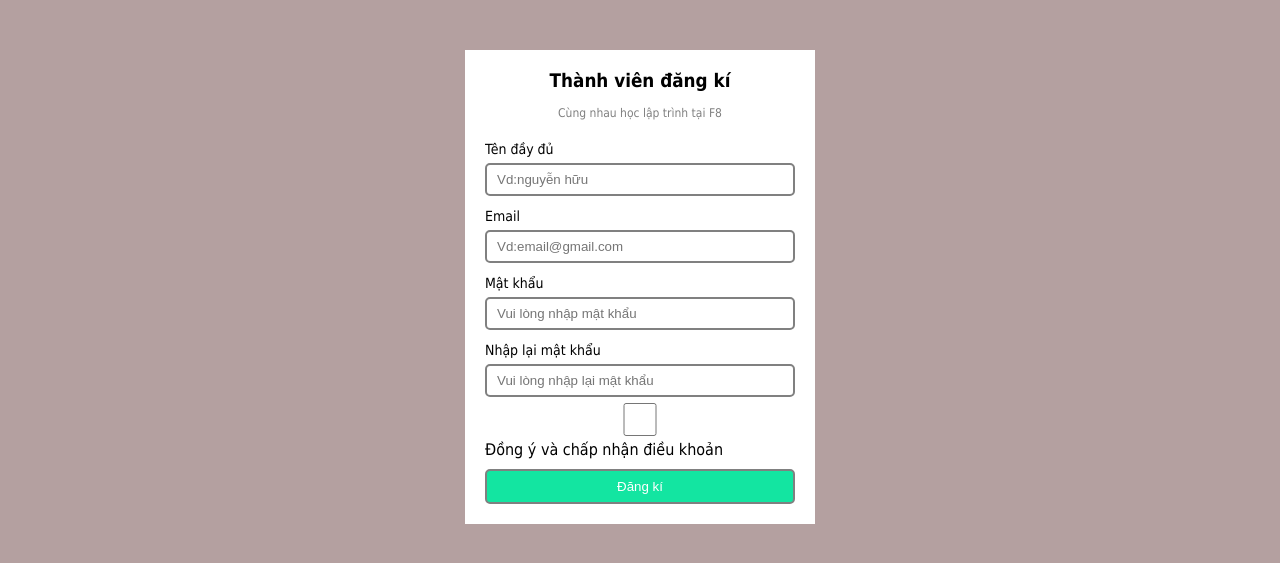
Repository: HuunvDev/Validator
Page: index.html
The author's editor kept a copy of each file at every save. The page is drawn from the files as they stood at one save, then again after the next save.
The browser window is 1280 px wide. The pictures show the whole page.
Some web libraries are served in a nearby version.

Above is the page before, as saved 2022-08-20 16:15:38.

### index.html
<!DOCTYPE html>
<html lang="en">
<head>
    <meta charset="UTF-8">
    <meta http-equiv="X-UA-Compatible" content="IE=edge">
    <meta name="viewport" content="width=device-width, initial-scale=1.0">
    <title>validator</title>
    <link rel="stylesheet" href="style.css">
    <link rel="stylesheet" href="https://use.fontawesome.com/releases/v5.1.1/css/all.css" integrity="sha384-O8whS3fhG2OnA5Kas0Y9l3cfpmYjapjI0E4theH4iuMD+pLhbf6JI0jIMfYcK3yZ" crossorigin="anonymous">
</head>
<body>
    <div class="main">
        <form action="" method="POST" class="form" id="form-1">
            <h3 class="heading">Thành viên đăng kí</h3>
            <p class="desc">Cùng nhau học lập trình tại F8</p>
            <div class="pacer"></div>
            <div class="form-group">
                <label for="fullName" class="form-lable">Tên đầy đủ</label><br>
                <input type="text" id="fullName" name="fullName" placeholder="Vd:nguyễn hữu"><br>
                <!-- <i class="fas fa-exclamation-triangle warning"></i> -->
                <span class="form-message">
                </span>
            </div>
            <div class="form-group">
                <label for="email" class="form-lable">Email</label><br>
                <input type="text" id="email" name="email" placeholder="Vd:email@gmail.com"><br>
                <span class="form-message"></span>
            </div>
            <div class="form-group">
                <label for="password" class="form-lable">Mật khẩu</label><br>
                <input type="password" id="password" name="password" placeholder="Vui lòng nhập mật khẩu"><br>
                <span class="form-message"></span>
            </div>
            <div class="form-group">
                <label for="password_confirmation" class="form-lable">Nhập lại mật khẩu</label><br>
                <input type="password" id="password_confirmation" name="password_confirmation" placeholder="Vui lòng nhập lại mật khẩu"><br>
                <span class="form-message"></span>
            </div>
                <input type="checkbox" name ="condition" id ="condition">
                <span class="agree">Đồng ý và chấp nhận điều khoản</span>

           <button class="form-submit" type="submit">Đăng kí</button>
        </form>
    </div>
    <script src="Validator.js"></script>
    <script>
        //mong muốn nhận được
        validator({
            form: '#form-1',
            formGroupSelector:'.form-group',
            errorSelector:'.form-message',
            rules: [
                validator.isRequired('#fullName','Vui lòng nhập tên đầy đủ'),
                //validator.isRequired('#email'),
                validator.isEmail('#email'),
                validator.minLength('#password',6),
                validator.isRequired('#password_confirmation'),
                validator.isConfirmed('#password_confirmation', function(){
                    return document.querySelector('#form-1 #password').value;
                },'Giá trị nhập vào không chính xác'),
            ],
            onSubmit : function(data){
                console.log(data);
            }
        })
    </script>
</body>
</html>

### style.css

*{
    margin:0;
    padding:0;
    overflow: hidden;
    box-sizing: border-box;
}
body{
    background-color:rgb(180, 160, 160);
}
.main {
    width: 350px;
    box-shadow: 0 0 0 rgb(0 0 0 / 10%);
    margin: auto;
    margin-top: 50px;
    padding: 20px;
    background-color: #fff;
    font-family: tahoma;
}
h3.heading {
    text-align: center;
}
p.desc {
    text-align: center;
    font-size: 12px;
    color: grey;
    padding: 15px 0;
}
.form-group {
    padding: 6px 0;
}

label.form-lable {
    font-size: 14px;
    margin-bottom: -13px;
    display: block;
}
input {
    width:100%;
    height: 33px;
    outline: none;
    border:2px solid grey;
    padding: 0 10px;
    border-radius:5px;
}
input:hover{
    border-color: rgb(23 220 220);
}
button{
    padding:8px 0;
    width:100%;
    background-color: rgb(19 229 161);
    margin-top:10px;
    border-radius:5px;
    color:#fff;
    border:2px solid grey;
}
span.form-message {
    font-size: 12px;
}
.invalid input{
    border-color:red;
}
.invalid span.form-message{
    color:red;
}
.warning{
    font-size:11px;
    color:red;
}
/* input#condition {
    width: 11px;
}

span.agree {
    font-size: 13px;
    color: grey;
    position: absolute;
    transform: translateY(8px);
    padding: 0 5px;
} */

### Validator.js
//constractor function
function validator(options){

    function getParent (element,selector){
        while(element.parentElement){
            if(element.parentElement.matches(selector)){
                return element.parentElement;
            }
            element = element.parentElement;
        }
    }
    var selectorRules ={};
//hàm thực hiên validate
    function validate(inputElement,rules){
        var errorElement = getParent(inputElement, options.formGroupSelector).querySelector(options.errorSelector);
        var errorMessage;
        //lấy ra các rules của selector
        var rules = selectorRules[rules.selector];
        //lặp qua từng rules và check
        //nếu có lỗi dừng việc kiểm tra
        for (var i = 0; i < rules.length;i++){
            errorMessage= rules[i](inputElement.value);
            if(errorMessage) break;
        }
                //lấy value của ô input:inputElement.value;
                //test function : rules.test;
               // var errorMessage = rules.test(inputElement.value);
                //lấy ra thẻ cha của nó từ thẻ con:inputElement.parentElement,
                //lấy ra  đúng phần tử con của thẻ to mà mình muốn lấy:
                //inputElement.parentElement.querySelector('form-message');
                if(errorMessage){
                 //errorElement.innerText = errorMessage;
                 errorElement.innerHTML = `<i class="fas fa-exclamation-triangle warning"></i> ${errorMessage}`;
                 getParent(inputElement, options.formGroupSelector).classList.add('invalid');
                }else{
                 errorElement.innerText = " ";
                 getParent(inputElement, options.formGroupSelector).classList.remove('invalid');
                }

                return !errorMessage;
    }
    //lấy element của form cần validate
    var formElement = document.querySelector(options.form);

    if(formElement){
        //loại bỏ hành vi mặc định của submit
        formElement.onsubmit = function(e){
            e.preventDefault();

            var isFormValid = true;
            //thực hiện lặp qua từng rules và validate
            options.rules.forEach( function (rules){
                var inputElement = formElement.querySelector(rules.selector);
                 var isValid = validate(inputElement,rules);
                 if(!isValid){
                    isFormValid =  false;
                 }
            });

            if(isFormValid){
                //trường hợp submit với js
             if( typeof options.onSubmit ==='function'){
                var enableInputs = formElement.querySelectorAll('[name]:not([disabled])');//lấy ra tất cả các phần tử có attribute là name và ko lấy các phần tử  bị disabled( có nghĩa là bị ẩn đi ko cho người dùng tương tác);
                var formValues = Array.from(enableInputs).reduce(function(values,input){
                    values[input.name] = input.value;
                    return  values;
                },{});
                options.onSubmit(formValues);
             }//trường hợp submit mặc định của trình duyệt
             else{
                formElement.submit();
             }
            }
        }
        //lặp qua mỗi rules và lắng nghe sự kiện
       options.rules.forEach( function (rules){
        //lưu lại các rules cho mỗi input
        if(Array.isArray( selectorRules[rules.selector])){
            selectorRules[rules.selector].push( rules.test);
        }else{
            selectorRules[rules.selector] = [rules.test];
        }

        var inputElement = formElement.querySelector(rules.selector);
        if(inputElement){
            //xử lí trường hợp blur khỏi thẻ input
            inputElement.onblur = function(){
               validate(inputElement,rules);
            }

            // xử lí khi người dùng nhập dữ liệu
            inputElement.oninput = function(){
                var errorElement = inputElement.parentElement.querySelector(options.errorSelector);
                errorElement.innerText = " ";
                getParent(inputElement, options.formGroupSelector).remove('invalid');
            }
        }
       });
    }
}
//định nghĩa các rules
//nguyên tắc của các rules:
//1.khi có lỗi thì trả ra message lỗi
//2.khi hợp lệ thì clear lỗi
validator.isRequired = function (selector,message){
    return {
        selector: selector,
        test: function (value){
            return value.trim() ? undefined : message || "Vui lòng nhập trường này";
        }
    }
}
validator.isEmail = function (selector,message){
    return {
        selector: selector,
        test: function (value){
            var regex = /^\w+([\.-]?\w+)*@\w+([\.-]?\w+)*(\.\w{2,3})+$/;
            return regex.test(value)? undefined : message ||"Trường này phải là email";
        }
    }
}

validator.minLength = function (selector,min,message){
    return {
        selector: selector,
        test: function (value){
            return value.length >= min ? undefined :message ||`Vui lòng nhập tối thiểu ${min} kí tự`;
        }
    }
}

validator.isConfirmed = function(selector,getConfirmValue,message){
    return {
        selector:selector,
        test : function(value){
            return value === getConfirmValue() ? undefined : message ||'Mật khẩu nhập lại không chính xác';
        }
    }
}

After the next save:
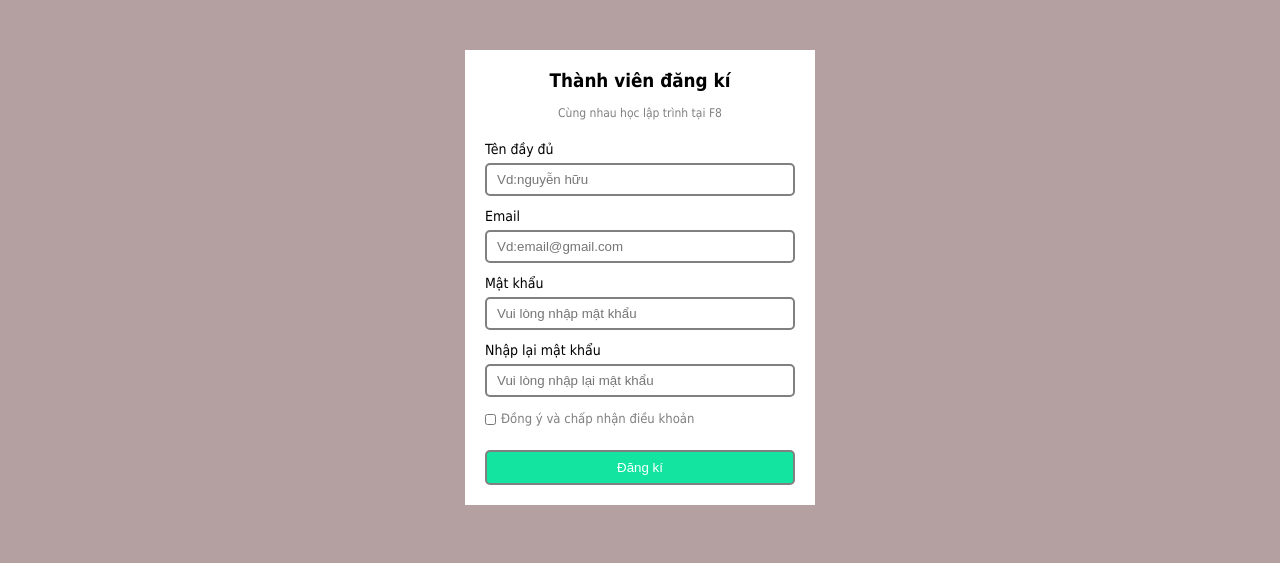
Saved 36 s later.
--- a/style.css
+++ b/style.css
@@ -68,7 +68,7 @@
     font-size:11px;
     color:red;
 }
-/* input#condition {
+input#condition {
     width: 11px;
 }
 
@@ -78,4 +78,4 @@
     position: absolute;
     transform: translateY(8px);
     padding: 0 5px;
-} */
+}

After the save that followed:
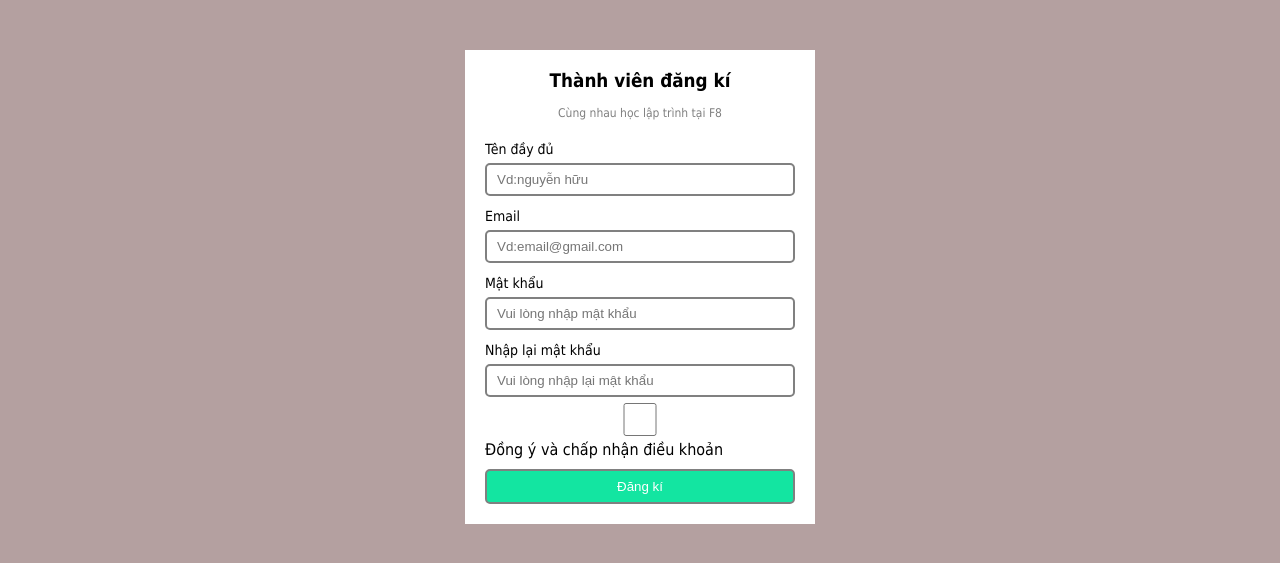
Saved 114 s later.
--- a/style.css
+++ b/style.css
@@ -68,7 +68,7 @@
     font-size:11px;
     color:red;
 }
-input#condition {
+/* input#condition {
     width: 11px;
 }
 
@@ -78,4 +78,4 @@
     position: absolute;
     transform: translateY(8px);
     padding: 0 5px;
-}
+} */
